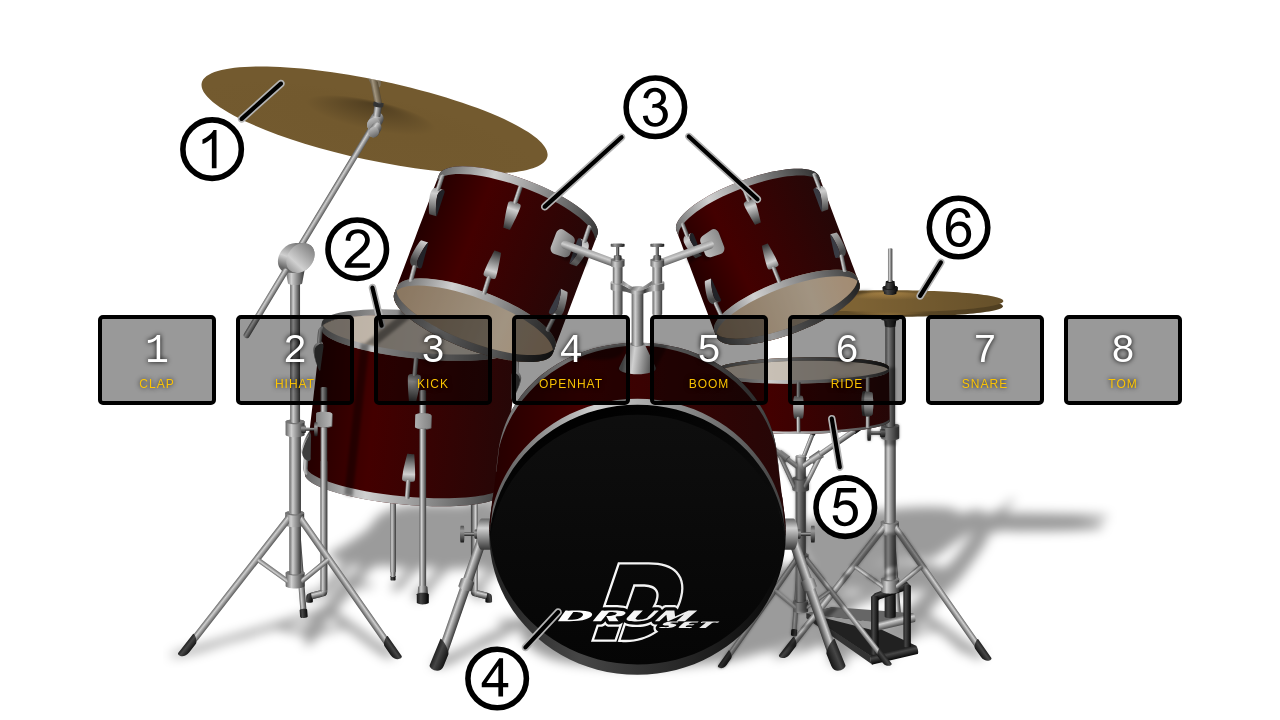
Repository: polishchuk404/drum-kit
Page: index.html
An editor plug-in stored every save of this project. The page is shown before and after the next save, followed by the edit.
The browser window is 1280 px wide. The pictures show the whole page.

Above is the page before, as saved 2020-10-08 18:15:47.

### index.html
<!DOCTYPE html>
<html lang="en">
<head>
  <meta charset="UTF-8">
  <title>drum-kit</title>
  <link rel="stylesheet" href="./style/style.css">
  <link rel="icon" type="image/x-icon" href="favicon.ico"></head>
<body>


  <div class="keys">
    <div data-key="97" class="key">
      <kbd>1</kbd>
      <span class="sound">clap</span>
    </div>
    <div data-key="98" class="key">
      <kbd>2</kbd>
      <span class="sound">hihat</span>
    </div>
    <div data-key="99" class="key">
      <kbd>3</kbd>
      <span class="sound">kick</span>
    </div>
    <div data-key="100" class="key">
      <kbd>4</kbd>
      <span class="sound">openhat</span>
    </div>
    <div data-key="101" class="key">
      <kbd>5</kbd>
      <span class="sound">boom</span>
    </div>
    <div data-key="102" class="key">
      <kbd>6</kbd>
      <span class="sound">ride</span>
    </div>
    <div data-key="103" class="key">
      <kbd>7</kbd>
      <span class="sound">snare</span>
    </div>
    <div data-key="104" class="key">
      <kbd>8</kbd>
      <span class="sound">tom</span>
    </div>
  </div>

  <audio data-key="97" src="./sounds/clap.wav"></audio>
  <audio data-key="98" src="./sounds/hihat.wav"></audio>
  <audio data-key="99" src="./sounds/kick.wav"></audio>
  <audio data-key="100" src="./sounds/openhat.wav"></audio>
  <audio data-key="101" src="./sounds/boom.wav"></audio>
  <audio data-key="102" src="./sounds/ride.wav"></audio>
  <audio data-key="103" src="./sounds/snare.wav"></audio>
  <audio data-key="104" src="./sounds/tom.wav"></audio>


  <script src="./js/main.js"></script>
</body>
</html>

### style/style.css
html {
  font-size: 10px;
  background: url('../drum_set.svg') center center no-repeat;
  background-size: contain;
}

body,html {
  margin: 0;
  padding: 0;
  font-family: sans-serif;
}

.keys {
  display: flex;
  flex: 1;
  min-height: 100vh;
  align-items: center;
  justify-content: center;
}

.key {
  border: .4rem solid black;
  border-radius: .5rem;
  margin: 1rem;
  font-size: 1.5rem;
  padding: 1rem .5rem;
  transition: all .07s ease;
  width: 10rem;
  text-align: center;
  color: white;
  background: rgba(0,0,0,0.4);
  text-shadow: 0 0 .5rem black;
}

.playing {
  transform: scale(1.1);
  border-color: #ffc600;
  box-shadow: 0 0 1rem #ffc600;
}

kbd {
  display: block;
  font-size: 4rem;
}

.sound {
  font-size: 1.2rem;
  text-transform: uppercase;
  letter-spacing: .1rem;
  color: #ffc600;
}

### js/main.js

  window.addEventListener('keyup', (e) => {
    const key = document.querySelector(`div[data-key="${e.keyCode}"]`);
    const sound = document.querySelector(`audio[data-key="${e.keyCode}"]`);
    if (!sound) return;
    sound.currentTime = 0;
    sound.play();
    key.classList.toggle('playing');
  });
  window.addEventListener('keydown', (e) => {
    const key = document.querySelector(`div[data-key="${e.keyCode}"]`);
    key.classList.toggle('playing')
  });

After the next save:
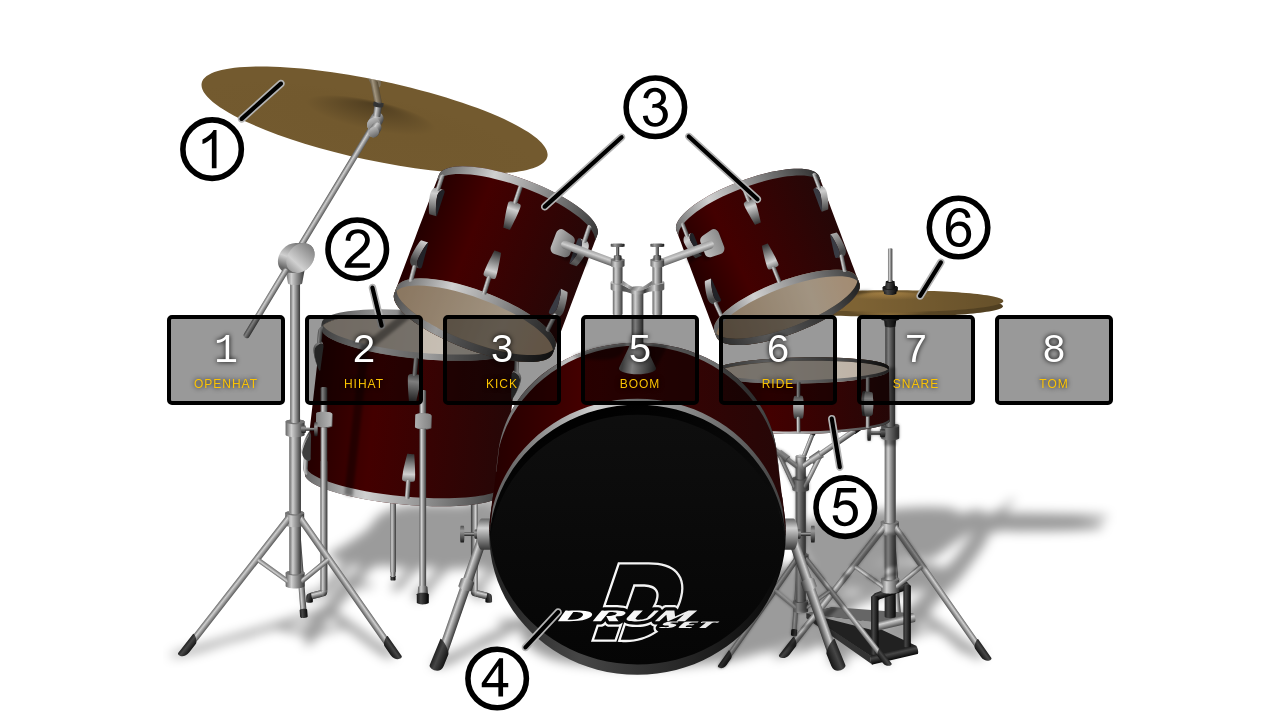
Saved 62 s later.
--- a/index.html
+++ b/index.html
@@ -11,8 +11,9 @@
   <div class="keys">
     <div data-key="97" class="key">
       <kbd>1</kbd>
-      <span class="sound">clap</span>
+      <span class="sound">openhat</span>
     </div>
+
     <div data-key="98" class="key">
       <kbd>2</kbd>
       <span class="sound">hihat</span>
@@ -21,10 +22,7 @@
       <kbd>3</kbd>
       <span class="sound">kick</span>
     </div>
-    <div data-key="100" class="key">
-      <kbd>4</kbd>
-      <span class="sound">openhat</span>
-    </div>
+
     <div data-key="101" class="key">
       <kbd>5</kbd>
       <span class="sound">boom</span>

After the save that followed:
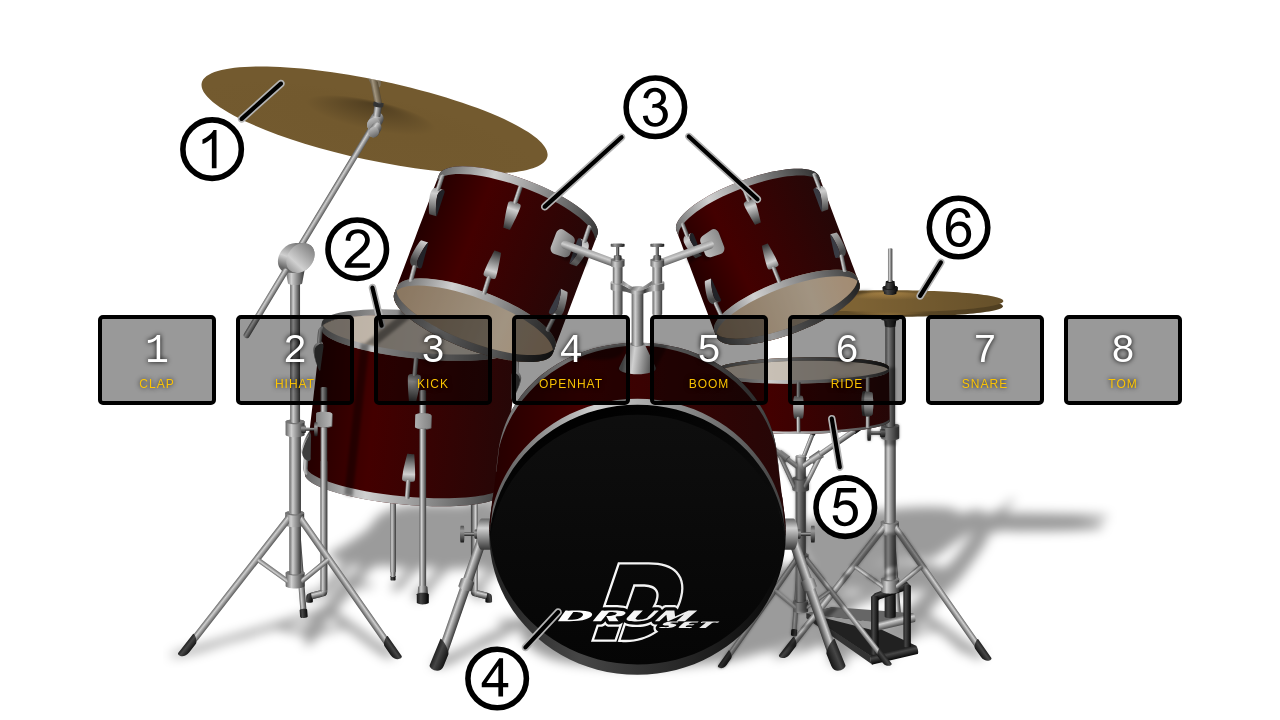
Saved 42 s later.
--- a/index.html
+++ b/index.html
@@ -11,9 +11,8 @@
   <div class="keys">
     <div data-key="97" class="key">
       <kbd>1</kbd>
-      <span class="sound">openhat</span>
+      <span class="sound">clap</span>
     </div>
-
     <div data-key="98" class="key">
       <kbd>2</kbd>
       <span class="sound">hihat</span>
@@ -22,7 +21,10 @@
       <kbd>3</kbd>
       <span class="sound">kick</span>
     </div>
-
+    <div data-key="100" class="key">
+      <kbd>4</kbd>
+      <span class="sound">openhat</span>
+    </div>
     <div data-key="101" class="key">
       <kbd>5</kbd>
       <span class="sound">boom</span>
